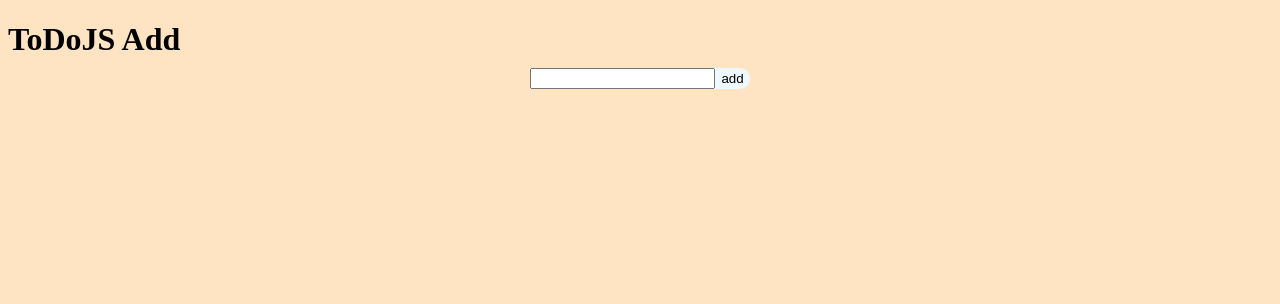
Repository: Savich01/todoTest
Page: index.html
These files come from the project's save history. The page is drawn as it stood at one moment and after the next save; the edit follows.
The browser window is 1280 px wide. The pictures show the whole page.

Above is the page before, as saved 2024-05-03 12:20:41.

### index.html
<!DOCTYPE html>
<html lang="en">
<head>
    <meta charset="UTF-8">
    <meta name="viewport" content="width=device-width, initial-scale=1.0">
    <link rel="stylesheet" href="css/style.css">
    <title>ToDO</title>
</head>
<body>
        <div class="block1">
            <div class="block-sub">
                <h1 class="title">ToDoJS Add</h1>
                <div class="personal">
                    <input class="personal-input1" type="text">
                    <button class="personal-btn">add</button>
                </div>
            </div>
            <div class="block-sub2">

            </div>
        </div>
        <script src="js/script.js"></script>
</body>
</html>

### css/style.css
ul,li {
    text-decoration: none;
    list-style: none;
}


/*------------HEADER-------------------------------------*/

body {
    max-width: 100%;
    background: #FFE4C4;
}
.header {
    margin-top: 100px;
    margin-bottom: 5px;
}
.header-block {
    max-width: 600px;
    margin: 0 auto;
    background: #D2691E;
    border-radius: 10px;
}
 .header-block__sub {
    display: flex;
    flex-direction: column;
    justify-content: center;
    align-items: center;
    padding: 30px 0px;
 }

 .title {
    margin-bottom: 10px;
 }

 .personal {
    display: flex;
    justify-content: center;
 }

 .personal-input{
    padding: 10px;
    border: 1px solid #000;
    border-radius: 10px 0px 0px 10px;
 }
.personal-btn {
    border: none;
    background-color: aliceblue;
    border-radius: 0px 10px 10px 0px;
    cursor: pointer;
}
/*------------------MAIN-------------------------------------*/

.main-block {
   max-width: 600px;
   margin: 0 auto;
   background: #BC8F8F;
   min-height: 70px;
   border-radius: 10px;
   display:flex;
   flex-direction: column;
   justify-content: space-between;
   margin-bottom: 5px;
}

.main-block--list{
    display: flex;
    align-items: center;
    justify-content: center;
    padding-right: 47px;
}

.main-block--list-link{
    display: flex;
    align-items: center;
}

.main-block--text{
    margin-left: 10px;
}

.checkbox-active{
    width: 20px;
    height: 17px;
}

.main-block--text{
    transform: translateY(1px);
}

.main-list{
  padding: 0px 30px;
}
.main-list--link{
  display: flex;
  align-items: center;
  justify-content: space-between;
  margin-bottom: 15px;
  padding: 10px;
  background-color: #FFE4C4;
}



























.main-button {
    padding: 10px;
    display: flex;
    align-items: flex-end;
    justify-content: space-around
}

/* .main-container {
    background: rgba(183, 231, 62, 0.699);
    border-radius: 20px;
    margin: 15px;
    /* display: none; */
/* } */

/* .main-container--list{
    background-color: #20B2AA;
    border-radius: 10px;
    margin: 25px;
    display: flex;
    align-items: center;
    justify-content: space-between;
} */

/* .main-container--list-link {
    padding: 10px;
    display: flex;
    align-items: center;
    justify-content: space-between;
} */
/* .main-checked{
    width: 20px;
    height: 16px;
    cursor: pointer;
} */
/* .main-text{
    display: inline-block;
    margin-left: 15px;
    transform: translateY(1px);
} */
/* .main--list-btn{
    min-width: 20px;
    max-width: 23px;
    background: #FFFFE0;
    align-items: center;
    margin-right: 25px;
    cursor: pointer;
    border: none;
    background: #B22222;
} */
/*--------------*/

/*--------------*/


/*------------------FOOTER--------------------------------------------------*/

.footer-block {
    max-width: 600px;
    margin: 0 auto;
    background: #008080;
    height: 100px;
    border-radius: 10px;
    display: flex;
    align-items: flex-end;
    justify-content: space-around;
}
.footer-btn {
    padding: 10px;
}

Loaded but not shown: js/script.js (no copy from this time; the picture is the same without it)

After the next save:
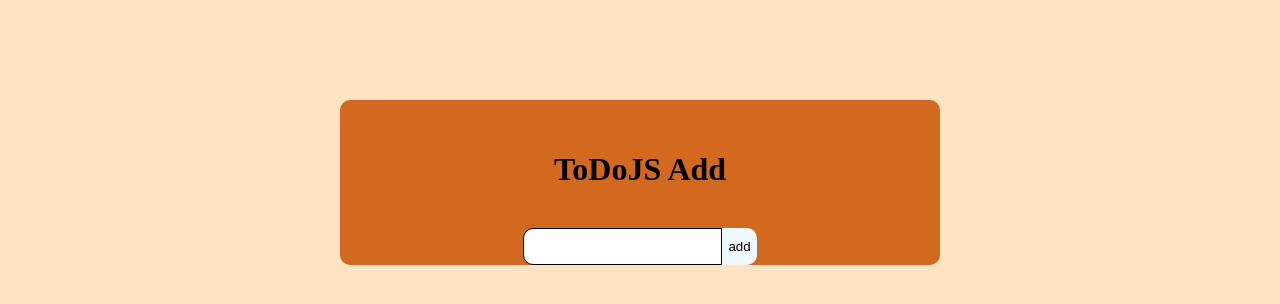
Saved 31 min 28 s later.
--- a/index.html
+++ b/index.html
@@ -7,7 +7,18 @@
     <title>ToDO</title>
 </head>
 <body>
-        <div class="block1">
+    <header class="header">
+        <div class="header-block">
+            <div class="header-block__sub">
+                <h1 class="title">ToDoJS Add</h1>
+            </div>
+            <form class="personal" action="#">
+                <input type="text" class="personal-input">
+                <button class="personal-btn">add</button>
+            </form>
+        </div>
+    </header>
+        <!-- <div class="block1">
             <div class="block-sub">
                 <h1 class="title">ToDoJS Add</h1>
                 <div class="personal">
@@ -18,7 +29,7 @@
             <div class="block-sub2">
 
             </div>
-        </div>
+        </div> -->
         <script src="js/script.js"></script>
 </body>
 </html>
